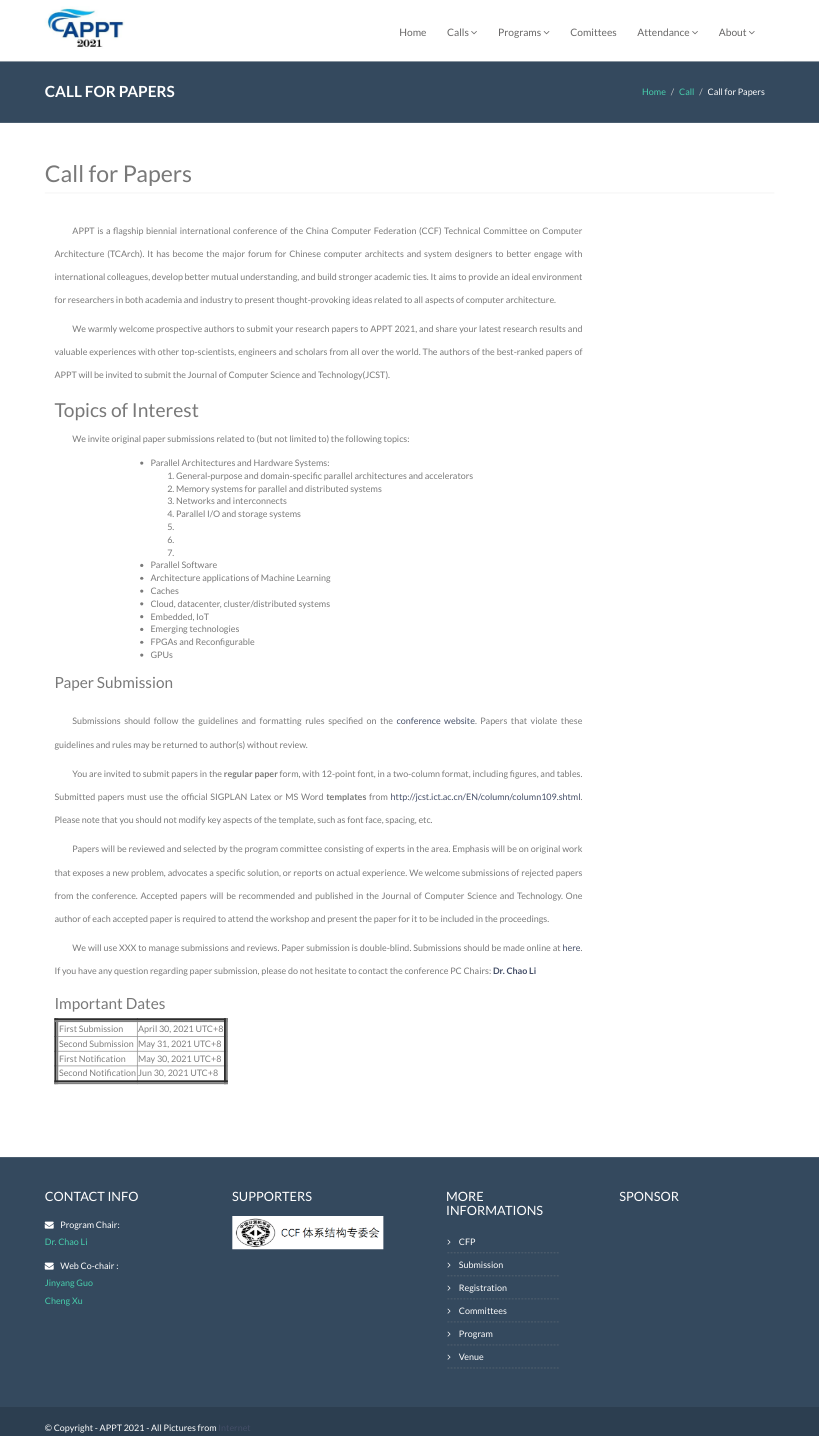
Repository: APPT2021/APPT2021.github.io
Page: call-papers.html
These files come from the project's save history. The page is drawn as it stood at one moment and after the next save; the edit follows.
The browser window is 1280 px wide. The pictures show the whole page, at 64% of full size.

Above is the page before, as saved 2021-03-25 00:29:52.
Console error: ReferenceError: jQuery is not defined

After the next save:
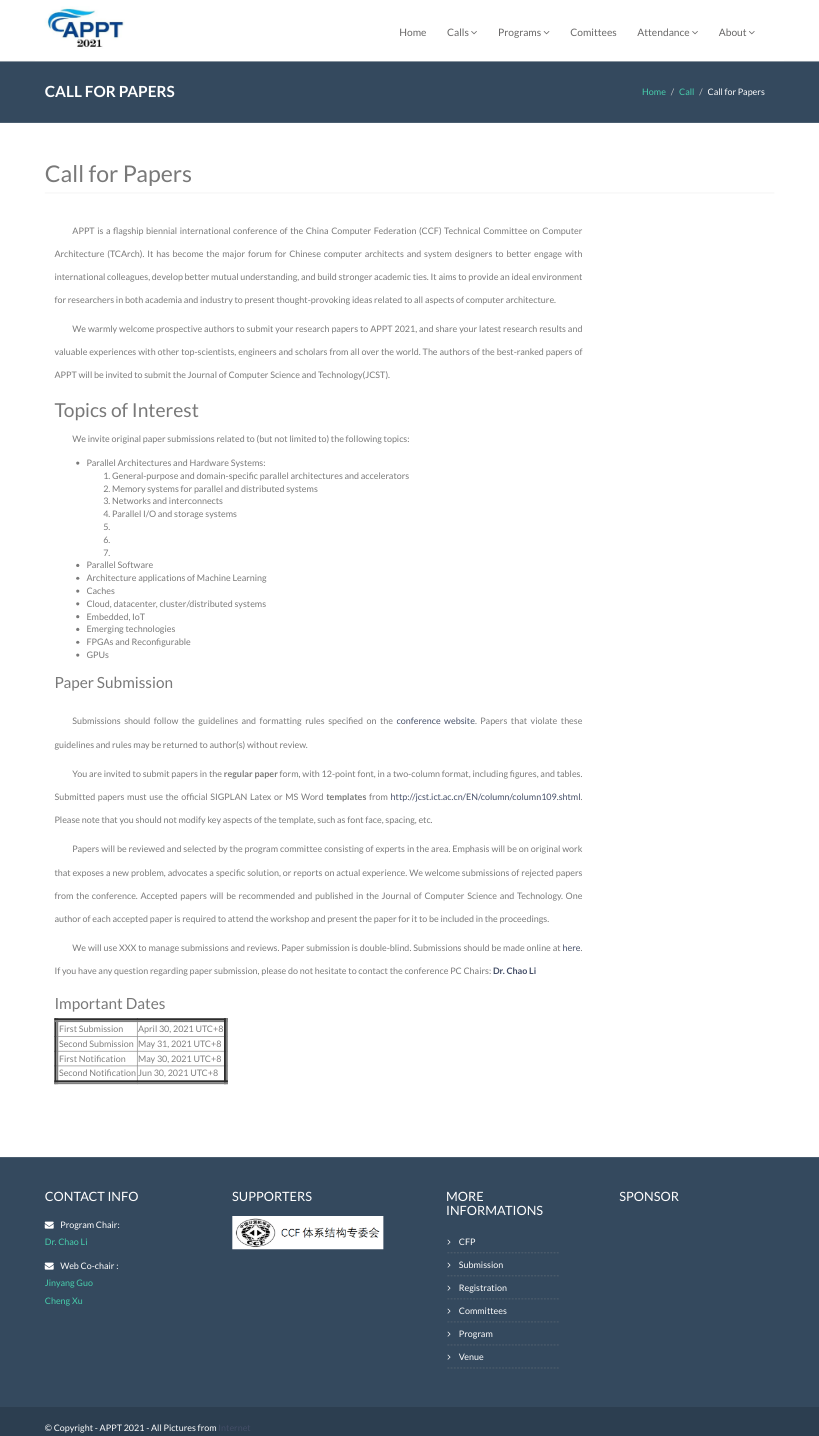
Saved 9 s later.
--- a/call-papers.html
+++ b/call-papers.html
@@ -88,7 +88,7 @@
 		<p class="p1">We invite original paper submissions related to (but not limited to) the following topics:</p>
 
 
-		<ul style="margin-left: 150px;">
+		<ul style="margin-left: 50px;">
 			<li style=" text-align: justify;">Parallel Architectures and Hardware Systems:
 				<ol>
 				<li>General-purpose and domain-specific parallel architectures and accelerators</li>
